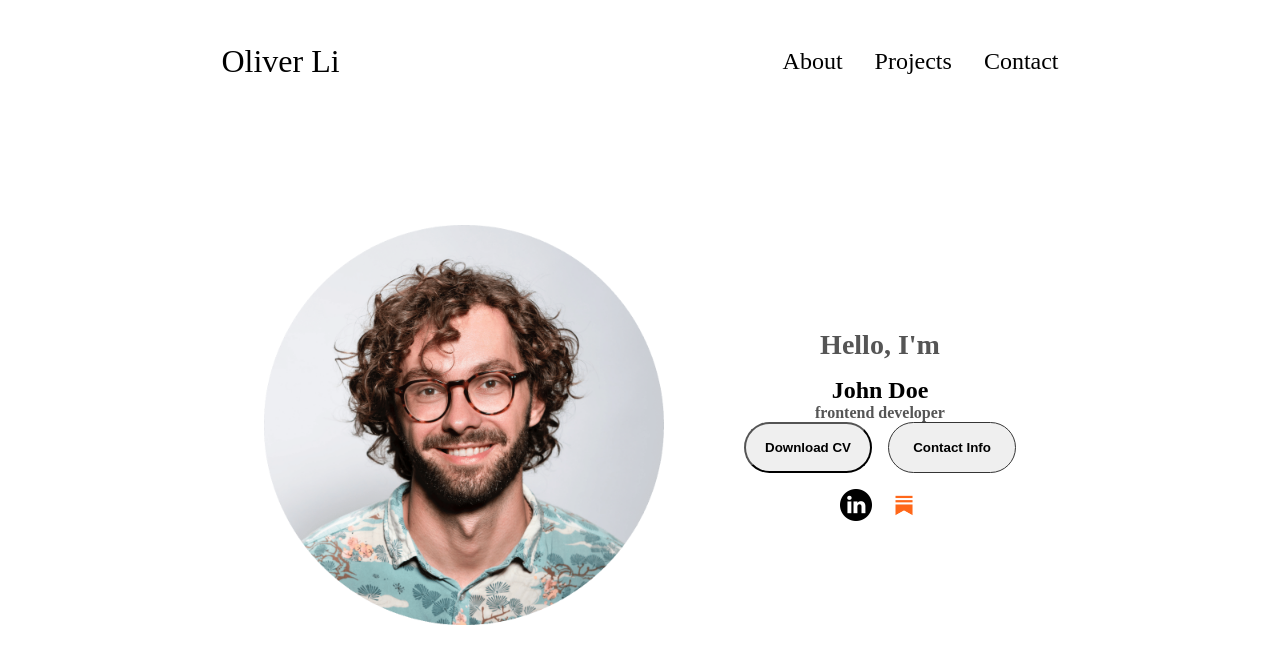
Repository: oliverli1728/portfolio
Page: index.html
These files come from the project's save history. The page is drawn as it stood at one moment and after the next save; the edit follows.
The browser window is 1280 px wide. The pictures show the whole page.
Some web fonts or font styles are not loaded; a fallback is used.

Above is the page before, as saved 2025-09-25 21:13:07.
Console error (its wording comes from the project's code and is left out).

### index.html
<!DOCTYPE html>
<html lang="en">
<head>
    <meta charset="UTF-8">
    <meta name="viewport" content="width=device-width, initial-scale=1.0">
    <title>PC</title>
    <link rel="stylesheet" href="style.css">
    <link rel="stylesheet" href="mediaqueries.css">
</head>
    <body>
        <nav id="desktop-nav">
            <div class="logo">Oliver Li</div>
            <div>
                <ul class="nav-links">
                    <li> <a href="#about">About</a></li>
                    <li> <a href="#projects">Projects</a></li>
                    <li> <a href="#contact">Contact</a></li>
                </ul>
            </div>
        </nav>
        <nav id="hamburger-nav">
            <div class="logo">Oliver Li</div>
            <div class="hamburger-menu">
                <div class="hamburger-icon" onclick="toggleMenu()">
                    <span></span>
                    <span></span>
                    <span></span>
                </div>
                <div class="menu-links">
                    <li> <a href="#about" onclick="toggleMenu()">About</a></li>
                    <li> <a href="#projects" onclick="toggleMenu()">Projects</a></li>
                    <li> <a href="#contact" onclick="toggleMenu()">Contact</a></li>
                </div>
            </div>
        </nav>
        <section id="profile">
            <div class="section__pic-container">
                <img src="./assets/profile-pic.png" alt="John Doe profile">
            </div>
        <div class="section__text">
            <p class="section__text__p1">Hello, I'm</p>
            <h1 class="Title">John Doe</h1>
            <p class="section__text__p2">frontend developer</p>
            <div class="btn-container">
                <button class="btn btn-color-2"
                onclick="window.open('./assets/resume-example.pdf')">Download CV
            </button>
                <button class="btn btn-color-1"
                onclick="location.href='./#contact'">Contact Info
            </button>
            </div>
            <div id="socials-container">
                <img src="./assets/linkedin.png" alt="LinkedIn"
                class="icon" onclick="location.href='https://www.linkedin.com/in/oliverli1728/'">

                <img src="./assets/substack.png" alt="substack"
                class="icon" onclick="location.href='https://substack.com/@oliver1728">

            </div>
        </div>
        </section>
        <script src="script.js"></script>
    </body>
</html>

### style.css
/* General */


@import url('https://fonts.googleapis.com/css2?family=Lusitana:wght@400;700&display=swap');


* {
    margin: 0;
    padding: 0;
}

body {
    font-family: "Lusitana", serif;
    font-weight: 400;
    font-style: normal;
}

html {
    scroll-behavior: smooth;
}

p {
    color: rgb(85, 85, 85);
}

/* transition */

a, .btn {
    transition: all 300ms ease;
}

/* Desktop Nav*/

nav, .nav-links {
    display: flex;
}

nav {
    justify-content: space-around;
    align-items: center;
    height: 17vh;
}

.nav-links {
    gap: 2rem;
    list-style: none;
    font-size: 1.5rem;
}

a {
    color: black;
    text-decoration: none;
    text-decoration-color: white;
}

a:hover {
    color: grey;
    text-decoration: underline;
    text-underline-offset: 0.5rem;
    text-decoration-color: (181, 181, 181);
}

.logo {
    font-size: 2rem;
}

.logo:hover {
    cursor: default;
}


/*Hamburger Menu*/

#hamburger-nav {
    display: none;
}

.hamburger-menu {
    position: relative;
    display: inline-block;
}

.hamburger-icon {
    display: flex;
    flex-direction: column;
    justify-content: space-between;
    height: 24px;
    width: 30px;
    cursor: pointer;
}

.hamburger-icon span {
    width: 100%;
    height: 2px;
    background-color: black;
    transition: all 0.3 ease-in-out;
}

.menu-links {
    position: absolute;
    top: 100%;
    right: 0;
    background-color: white;
    width: fit-content;
    max-height: 0;
    overflow: hidden;
    transition: all 0.3 ease-in-out;
}

.menu-links a {
    display: block;
    padding: 10px;
    text-align: center;
    font-size: 1.5rem;
    color: black;
    text-decoration: none;
    transition: all 0.3 ease-in-out;
}

.menu-links li {
    list-style: none;
}

.menu-links.open {
    max-height: 300px;
}

/* Rotating line into x */
.hamburger-icon.open span:first-child {
    transform: rotate(45deg) translate(10px, 5px)
}

.hamburger-icon.open span:nth-child(2) {
    opacity: 0;
}

.hamburger-icon.open span:last-child {
    transform: rotate(-45deg) translate(10px, -5px)
}

.hamburger-icon span:first-child {
    transform: none;
}

.hamburger-icon span:first-child {
    opacity: 1;
}

.hamburger-icon span:first-child {
    transform: none;
}


/* Sections */


section {
    padding-top: 4vh;
    height: 96vh;
    margin: 0 10rem;
    box-sizing: border-box;
    min-height: fit-content;
}

.section-container {
    display: flex;
}


/* Profile Section */

#profile {
    display: flex;
    justify-content: center;
    gap: 5rem;
    height: 80vh;
}

.section__pic-container {
    display: flex;
    height: 400px;
    width: 400px;
    margin: auto 0;
}

.section__text {
    align-self: center;
    text-align: center;
}

.section__text p {
    font-weight: 600;
}

.section__text__p1 {
    text-align: center;
}

.section__text__p1 {
    font-size: 1.75rem;
    margin-bottom: 1rem;
}

.title {
    font-size: 3rem;
    text-align: center;
}

#socials-container {
    display: flex;
    justify-content: center;
    margin-top: 1rem;
    gap: 1rem;
}

/* ICONS */

.icon {
    cursor: pointer;
    height: 2rem;
}

/* Buttons */

.btn-container {
    display: flex;
    justify-content: center;
    gap: 1rem;
}

.btn {
    font-weight: 600;
    transition: all 300ms ease;
    padding: 1rem;
    width: 8rem;
    border-radius: 2rem;
}

.btn-color-1, btn-color-2 {
    border: rgb(53, 53, 53) 0.1rem solid;

}

### mediaqueries.css

/*When screen size < 1200px, desktop nav disappears*/
@media screen and (max-width: 1200px) {
    #desktop-nav {
        display: none;
    }
    #hamburger-nav {
        display: flex;
    }
}

### script.js
function toggleMenu() {
    const menu = document.querySelector(".menu-links");
    const icon = document.querySelector(".hamburger-icon");

    menu.classList.toggle("open")
    icon.classList.toggle("open")
}

After the next save:
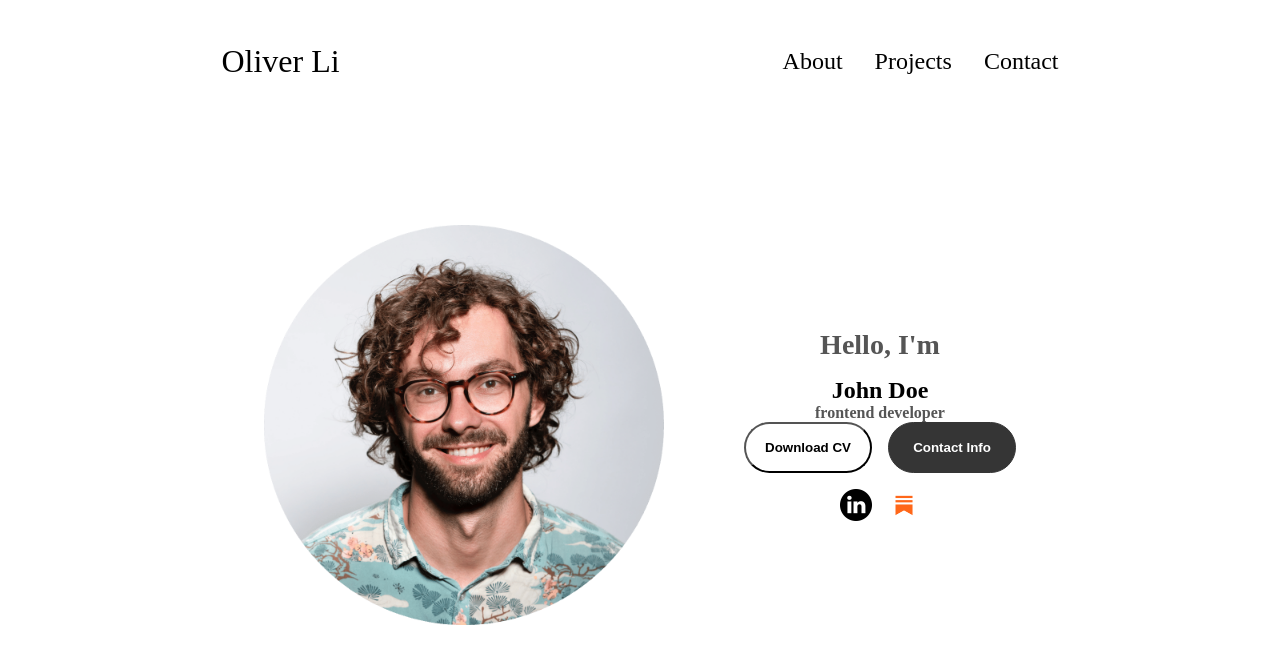
Saved 2 min 6 s later.
--- a/style.css
+++ b/style.css
@@ -240,3 +240,28 @@ section {
     border: rgb(53, 53, 53) 0.1rem solid;
 
 }
+
+.btn-color-1:hover, btn-color-2:hover {
+    cursor: pointer;
+}
+
+.btn-color-1, btn-color-2:hover {
+    background: rgb(53, 53, 53);
+    color: white;
+}
+
+.btn-color-1:hover {
+    background: rgb(0, 0, 0);
+}
+
+.btn-color-2 {
+    background: none;
+}
+
+.btn-color2:hover {
+    border: rgb(255, 255, 255) 0.1 rem solid;
+}
+
+.btn-container {
+    gap: 1rem;
+}
